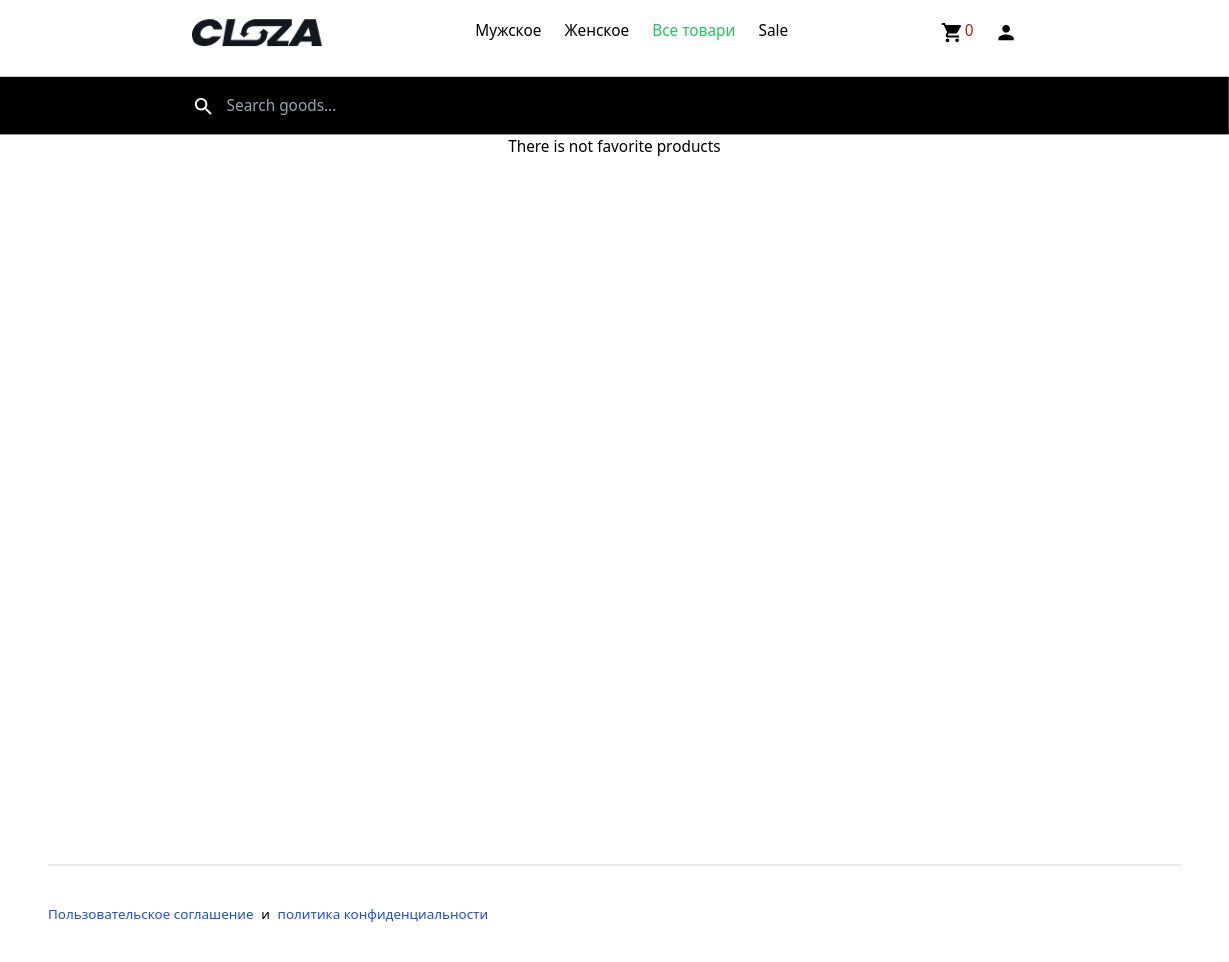
Repository: Ivan-Dovgoniuk/clothes-shop-front-end
Page: /favorite
An editor plug-in stored every save of this project. The page is shown before and after the next save, followed by the edit.
The browser window is 1280 px wide. The pictures show the whole page, at 96% of full size.
The page's requests for data from a server got no answer. The project was rebuilt for these pictures with package versions that can differ from the ones it lists, and the page was loaded fresh each time. No one was signed in, and anything a server would have sent is missing. Also part of the build but not shown: src/hooks/checkProductStatus.hook.ts, src/hooks/productStatusEditor.hook.ts, src/Components/ProductItem/ProductItem.tsx, src/Pages/ProductPage/components/Products/Products.tsx, src/Pages/CategoriesPage/components/ResetButton/ResetButton.tsx, src/Pages/CategoriesPage/components/SideBarFilters/Filters/CategoryFilter.tsx, src/Pages/CategoriesPage/components/SideBarFilters/Filters/ColorFilter.tsx, src/Pages/CategoriesPage/components/SideBarFilters/Filters/PriceFilter.tsx and 23 more.

Above is the page before, as saved 2023-01-18 21:49:25.

### src/App.tsx
import Footer from './Components/Footer/Footer';
import Header from './Components/Header/Header';
import Categories from './Pages/CategoriesPage/Categories';
import Home from './Pages/HomePage/Home';
import ProductPage from './Pages/ProductPage/ProductPage';
import Cart from './Pages/CartPage/Cart'

import { Routes, Route } from 'react-router-dom';
import AddProductPage from './Pages/AddProductPage/AddProductPage';
import { useEffect} from 'react';
import { useDispatch, useSelector } from 'react-redux';
import { AppDispatch, RootState } from './store';
import { getUser } from './slices/userSlice';
import { useAddFullCartMutation} from './api/userApi';
import { AuthController } from './HOC/AuthController';
import FavoriteProducts from './Pages/FavoriteProductsPage/FavoriteProducts';



function App() {

    const auth = useSelector((state:RootState)=>state.user.auth)
    const dispatch = useDispatch<AppDispatch>();
    const cart = useSelector((state:RootState)=>state.user.cart)

    const [addFullCart] = useAddFullCartMutation()


    useEffect(()=>{
      if(auth){
        dispatch(getUser())
        if(cart.length !==0){
          addFullCart({products_id:cart})
        }
      }
    },[auth])

  return (
    <>
      <Header/>
      <Routes>
        <Route path='/' element={<Home/>}/>
        <Route path='/categories' element={<Categories/>}/>
        <Route path='/product/:id' element={<ProductPage/>}/>
        <Route path='/cart' element={

                  <AuthController>
                      <Cart/>
                  </AuthController>
        }/>
        <Route path='/addproduct' element={<AddProductPage/>}/>
        <Route path='/favorite' element={<FavoriteProducts/>}/>
      </Routes>
      <Footer/>
    </>

  );
}

export default App;

### src/store/index.ts
import { configureStore } from '@reduxjs/toolkit';
import  products  from '../slices/productsSlice';
import  user  from '../slices/userSlice';
import { productsApi } from '../api/productsApi';
import { userApi } from '../api/userApi';

export type RootState = ReturnType<typeof store.getState>
export type AppDispatch = typeof store.dispatch

const store = configureStore({
    reducer: {products,user,[productsApi.reducerPath]: productsApi.reducer,[userApi.reducerPath]: userApi.reducer},
    middleware: getDefaultMiddleware => getDefaultMiddleware().concat(productsApi.middleware).concat(userApi.middleware),
})
export default store;

### src/Components/Footer/Footer.tsx
import React from 'react'
import { Link } from 'react-router-dom'

export default function Footer() {
  return (
    <div className='container'>
        <p className='mt-10 border-t-2 pt-10 text-xs sm:text-sm mb-10'>
            <span className='mr-2  text-blue-700'>
                <Link to="">
                    Пользовательское соглашение
                </Link>
            </span>
            <span>
                и
                <Link to="" className='ml-2 text-blue-700' >
                  политика конфиденциальности
                </Link>
            </span>
        </p>
    </div>
  )
}

### src/api/userApi.tsx
import { createApi, fetchBaseQuery } from '@reduxjs/toolkit/query/react'

export const userApi = createApi({
  reducerPath: 'userApi',
  baseQuery: fetchBaseQuery({ baseUrl: 'http://localhost:5000/' }),
  endpoints: (builder) => ({
    sendToCart: builder.mutation({
      query: (body) => ({
        url: '/addToCart',
        method: 'POST',
        body,
        headers:{
          'Content-Type':'application/json',
          "Authorization":`Bearer ${localStorage.getItem('token')}`
        },
      }),
  }),
  deleteFromCart: builder.mutation({
    query: (body) => ({
      url: '/removeFromCart',
      method: 'POST',
      body,
      headers:{
        'Content-Type':'application/json',
        "Authorization":`Bearer ${localStorage.getItem('token')}`
      },
    }),
  }),
  removeFullCart: builder.mutation({
    query: (body) => ({
      url: '/removeFullCart',
      method: 'POST',
      body,
      headers:{
        'Content-Type':'application/json',
        "Authorization":`Bearer ${localStorage.getItem('token')}`
      },
    }),
  }),
  addFullCart: builder.mutation({
    query: (body) => ({
      url: '/addFullCart',
      method: 'POST',
      body,
      headers:{
        'Content-Type':'application/json',
        "Authorization":`Bearer ${localStorage.getItem('token')}`
      },
    }),
  }),
  addToFavoriteProducts: builder.mutation({
    query: (body) => ({
      url: '/addFavoriteProduct',
      method: 'POST',
      body,
      headers:{
        'Content-Type':'application/json',
        "Authorization":`Bearer ${localStorage.getItem('token')}`
      },
    }),
  }),
  deleteFromFavoriteProducts: builder.mutation({
    query: (body) => ({
      url: '/removeFromFavorite',
      method: 'POST',
      body,
      headers:{
        'Content-Type':'application/json',
        "Authorization":`Bearer ${localStorage.getItem('token')}`
      },
    }),
  }),
  getFavorite: builder.query<any,{products_id:string[]}>({
    query: (arg) => ({
      url:`/getFavorite?products_id=${arg.products_id}`,
      headers:{
        'Content-Type':'application/json',
        "Authorization":`Bearer ${localStorage.getItem('token')}`
      }
    })
  })
})
})
export const {
  useSendToCartMutation,
  useDeleteFromCartMutation,
  useAddFullCartMutation,
  useRemoveFullCartMutation,
  useAddToFavoriteProductsMutation,
  useDeleteFromFavoriteProductsMutation,
  useGetFavoriteQuery
} = userApi;

### src/Pages/FavoriteProductsPage/FavoriteProducts.tsx
import { useGetFavoriteQuery } from '../../api/userApi'
import { ProductItem , IProduct } from '../../Components/ProductItem/ProductItem'
import { useUserSelector } from '../../hooks/userSelector.hook'

export default function FavoriteProducts() {

  const {favoriteProducts} = useUserSelector()

  const {data=[],isLoading} = useGetFavoriteQuery({products_id:favoriteProducts})

  if(!data.length) return <p className='min-h-screen my-0 mx-auto w-full flex justify-center text-center'>There is not favorite products</p>

  return (
    <div className='container mt-10 min-h-screen'>
        <div className='flex flex-col items-center sm:grid sm:grid-cols-3 sm:gap-6 lg:px-[150px] xl:grid-cols-5 mt-10'>
          { data.map((
                product:IProduct)=>{
                  return(
                      <ProductItem
                        name={product.name}
                        _id={product._id}
                        thumbnail={product.thumbnail}
                        price={product.price}
                        color={product.color}
                        short_description={product.short_description}
                        full_description={product.full_description}
                        size={product.size}
                        category={product.category}
                        gender={product.gender}
                        sale={product.sale}
                        new_price={product.new_price}
                        isNewProduct={product.isNewProduct}
                        isLoading={isLoading}
                        key={product._id}/>
                  )
                })
          }
        </div>
    </div>
  )
}

### src/slices/productsSlice.ts

import {createSlice} from "@reduxjs/toolkit";

type InitialState ={
    gender:string,
    sale:boolean
    searchField:string,
    category:string
}

 const initialState:InitialState = {
    gender:'',
    sale:false,
    searchField:'',
    category:''
}

const productsSlice = createSlice({
    name: 'products',
    initialState,
    reducers: {
        selectGender:(state,action:{payload:string})=>{
            state.gender = action.payload;
       },
       selectSale:(state,action:{payload:boolean})=>{
        state.sale = action.payload;
       },
       setSearchFieldGlobalState:(state,action:{payload:string})=>{
        state.searchField = action.payload;
       },
       setCategoryGlobalState:(state,action:{payload:string})=>{
        state.category = action.payload;
       },

    }
});

const {actions,reducer} = productsSlice;

export default reducer;
export const {
selectGender,
selectSale,
setSearchFieldGlobalState,
setCategoryGlobalState
 } = actions;

### src/api/productsApi.tsx
import { createApi, fetchBaseQuery } from '@reduxjs/toolkit/query/react'

export const productsApi = createApi({
  reducerPath: 'productsApi',
  baseQuery: fetchBaseQuery({ baseUrl: 'http://localhost:5000/' }),
  endpoints: (builder) => ({
    getProducts: builder.query<any,{limit?:Number,page?:Number,gender?:String,size?:String[],color?:String,categoryQuery?:string,price?:Number[],isNewProduct?:Boolean,sale?:Boolean,searchField?:string}>({
      query: (arg) => `getProducts?limit=${arg.limit}&page=${arg.page}&gender=${arg.gender}&size=${arg.size}&color=${arg.color}&category=${arg.categoryQuery}&price=${arg.price}&isNewProduct=${arg.isNewProduct}&sale=${arg.sale}&searchField=${arg.searchField}`
    }),
    getProduct: builder.query({
      query: (id) => `getProduct/${id}`
    }),
    getProductBySearchField: builder.query<any,{searchField:string}>({
      query: (arg) => `getProductBySearchField?searchField=${arg.searchField}`
    }),
    addProduct: builder.mutation({
      query: (body) => ({
        url: '/addProduct',
        method: 'POST',
        body,
        headers: {
        },
      }),
  }),
})
})
export const {
  useGetProductsQuery,
  useAddProductMutation,
  useGetProductQuery,
  useGetProductBySearchFieldQuery
} = productsApi;

### src/Components/UserAccountMenu/UserAccounMenu.tsx
import React from 'react';
import { useDispatch } from 'react-redux';
import {Link} from 'react-router-dom'

import { logOut } from '../../slices/userSlice';

import Button from '@mui/material/Button';
import Menu from '@mui/material/Menu';
import MenuItem from '@mui/material/MenuItem';
import PersonIcon from '@mui/icons-material/Person';

export default function UserAccountMenu() {

  const dispatch = useDispatch()

  const [anchorEl, setAnchorEl] = React.useState<null | HTMLElement>(null);
  const open = Boolean(anchorEl);

  const handleClick = (event: React.MouseEvent<HTMLButtonElement>) => {
    setAnchorEl(event.currentTarget);
  };
  const handleClose = () => {
    setAnchorEl(null);
  };

  const onLogOut =()=> {
    dispatch(logOut())
  }

  return (
    <div>
      <Button
        id="basic-button"
        style={{padding:0}}
        aria-controls={open ? 'basic-menu' : undefined}
        aria-haspopup="true"
        aria-expanded={open ? 'true' : undefined}
        onClick={handleClick}
      >
        <PersonIcon sx={{ color: "black" }}/>
      </Button>
      <Menu
        id="basic-menu"
        anchorEl={anchorEl}
        open={open}
        onClose={handleClose}
        MenuListProps={{
          'aria-labelledby': 'basic-button',
        }}
      >
        <MenuItem onClick={handleClose}>My orders</MenuItem>
        <MenuItem onClick={handleClose}><Link to="/addproduct">Add product</Link></MenuItem>
        <MenuItem onClick={handleClose}><Link to="/favorite">My favorite products</Link></MenuItem>
        <MenuItem onClick={()=>{handleClose();onLogOut()}}>Logout</MenuItem>
      </Menu>
    </div>
  );
}

### src/Components/BurgerMenu/BurgerMenu.tsx
import { Toolbar } from '@mui/material'
import IconButton from '@mui/material/IconButton';
import MenuIcon from '@mui/icons-material/Menu';
import Menu from '@mui/material/Menu';
import MenuItem from '@mui/material/MenuItem';
import React, { useState } from 'react'
import { useDispatch, useSelector } from 'react-redux';
import { RootState } from '../../store';
import { Link } from 'react-router-dom';
import { useHeaderFilters } from '../../hooks/headerFilters.hook';

export default function BurgerMenu() {


const [anchorEl, setAnchorEl] = React.useState<null | HTMLElement>(null);
  const open = Boolean(anchorEl);
  const handleClick = (event: React.MouseEvent<HTMLButtonElement>) => {
    setAnchorEl(event.currentTarget);
  };
  const handleClose = () => {
    setAnchorEl(null);
  };

    const sale = useSelector((state:RootState) => state.products.sale)

    const {onSale,onGender,onAllProducts}=useHeaderFilters(sale)

  return (
    <>
        <Toolbar sx={{padding:'0',maxWidth:'50px',width:100,display:"flex",justifyContent:"center",alignItems:'center',minHeight:0}}>
            <IconButton
                size="large"
                edge="start"
                color="inherit"
                aria-label="menu"
                sx={{ mr: 2,p:0 }}
                onClick={handleClick}
            >
                <MenuIcon />
            </IconButton>
        </Toolbar>
        <Menu
            id="basic-menu"
            anchorEl={anchorEl}
            open={open}
            onClose={handleClose}
            MenuListProps={{
            'aria-labelledby': 'basic-button',
            }}
        >
            <MenuItem onClick={handleClose}>

                        <Link to="/categories" onClick={(e)=>onGender(e.currentTarget.innerText)}>
                            Мужское
                        </Link>

            </MenuItem>
            <MenuItem onClick={handleClose}>

                        <Link to="/categories" onClick={(e)=>onGender(e.currentTarget.innerText)}>
                            Женское
                        </Link>

            </MenuItem>
            <MenuItem onClick={handleClose}>

                        <Link to="/categories" onClick={onAllProducts}>
                            Все товари
                        </Link>

            </MenuItem>
            <MenuItem onClick={handleClose}>

                        <Link to='/categories' className='text-red-700' onClick={onSale}>
                            Sale
                        </Link>

            </MenuItem>
        </Menu>
    </>



  )
}

### src/hooks/productsSelector.hook.ts
import { useSelector } from "react-redux"
import { RootState } from "../store"


export const useProductsSelector = ()=>{
    return useSelector((state:RootState)=>state.products)

}

### src/hooks/userSelector.hook.ts
import { useSelector } from "react-redux"
import { RootState } from "../store"


export const useUserSelector = ()=>{
    return useSelector((state:RootState)=>state.user)

}

### src/hooks/headerFilters.hook.ts
import { useDispatch } from "react-redux"
import { selectGender, selectSale } from "../slices/productsSlice"

export const useHeaderFilters=(sale:boolean)=>{

    const dispatch = useDispatch()

    const onGender = (gender:string)=>{
        console.log(gender)
        if(gender == 'Мужское')
        dispatch(selectGender('male'))
        else
        dispatch(selectGender('female'))
    }
    const onSale = ()=>{
        dispatch(selectSale(!sale))
    }
    const onAllProducts =()=>{
        dispatch(selectGender(''))
    }

    return {onGender,onSale,onAllProducts}
}

### src/hooks/http.hook.ts
const clientURL = process.env.NODE_ENV === 'development' ? process.env.REACT_APP_DEV_CLIENT_URL : process.env.REACT_APP_PRO_CLIENT__URL

export const useHttp = () => {

    const request = async (url:string, method = 'GET', body:BodyInit | null | undefined = null, headers:HeadersInit = {'Content-Type': 'application/json'}) => {

        try {
            const response = await fetch(url, {method, body, headers});
            if (!response.ok) {
                const error = await response.json();
                alert(error.message)
                if(error.redirect){
                    window.location.assign(`${clientURL}/login`);
                    localStorage.removeItem('token')
                }
            }
            const data = await response.json();
            return data;
        } catch(e) {
            throw e;
        }
    };

    return {request}
}

Loaded but not shown: public/index.html (common file); src/index.tsx (common file); src/index.css (common file); tailwind.config.js (21 lines, source omitted); src/Components/RegistrationForm/RegistrationForm.tsx (120 lines, source omitted); src/slices/userSlice.ts (136 lines, source omitted); src/Components/Header/Header.tsx (90 lines, source omitted); src/Components/LoginForm/LoginForm.tsx (91 lines, source omitted); src/Components/Search/Search.tsx (80 lines, source omitted)

After the next save:
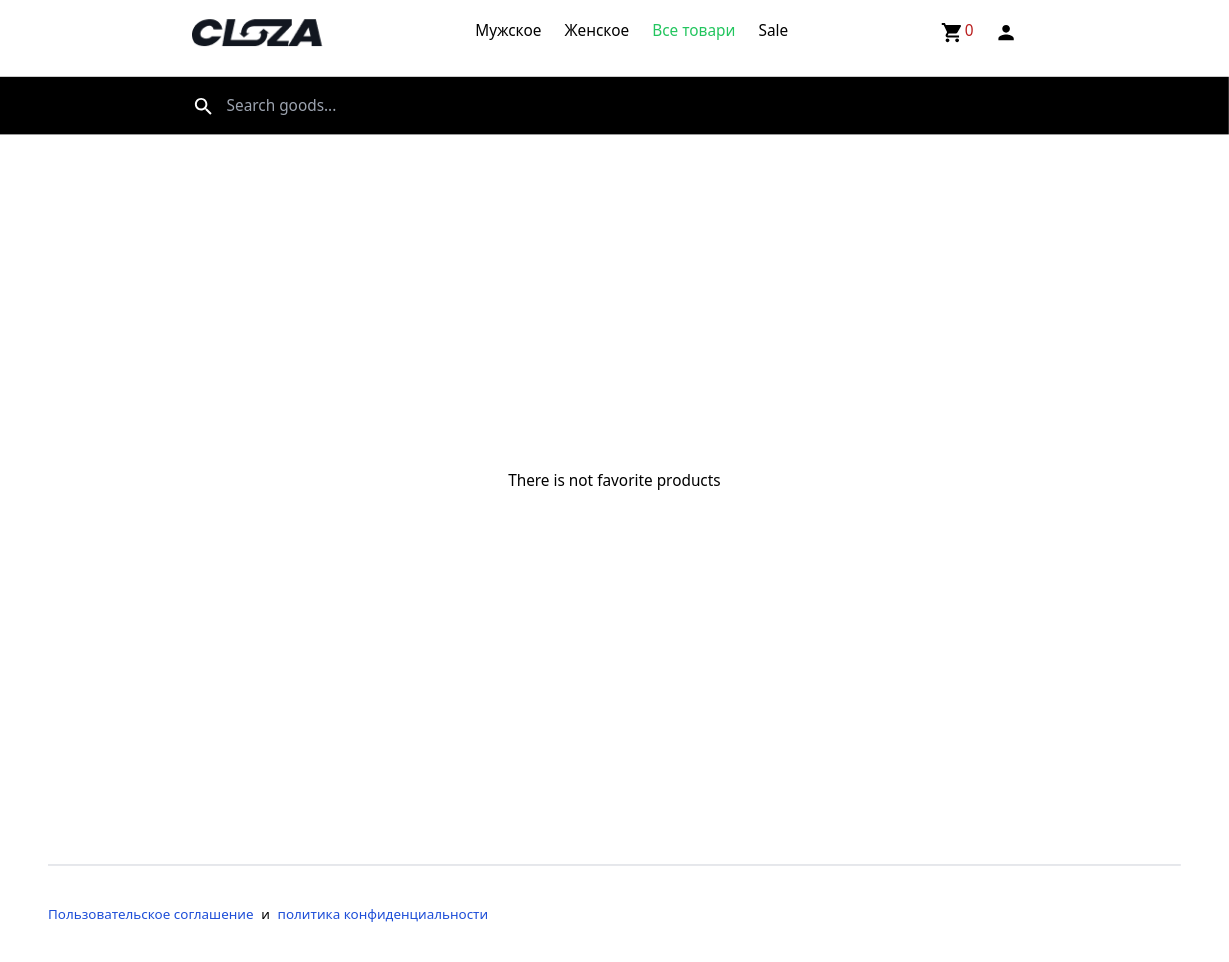
Saved 10 s later.
--- a/src/Pages/FavoriteProductsPage/FavoriteProducts.tsx
+++ b/src/Pages/FavoriteProductsPage/FavoriteProducts.tsx
@@ -8,7 +8,7 @@
 
   const {data=[],isLoading} = useGetFavoriteQuery({products_id:favoriteProducts})
 
-  if(!data.length) return <p className='min-h-screen my-0 mx-auto w-full flex justify-center text-center'>There is not favorite products</p>
+  if(!data.length) return <p className='min-h-screen my-0 mx-auto w-full flex justify-center items-center'>There is not favorite products</p>
 
   return (
     <div className='container mt-10 min-h-screen'>

After the save that followed:
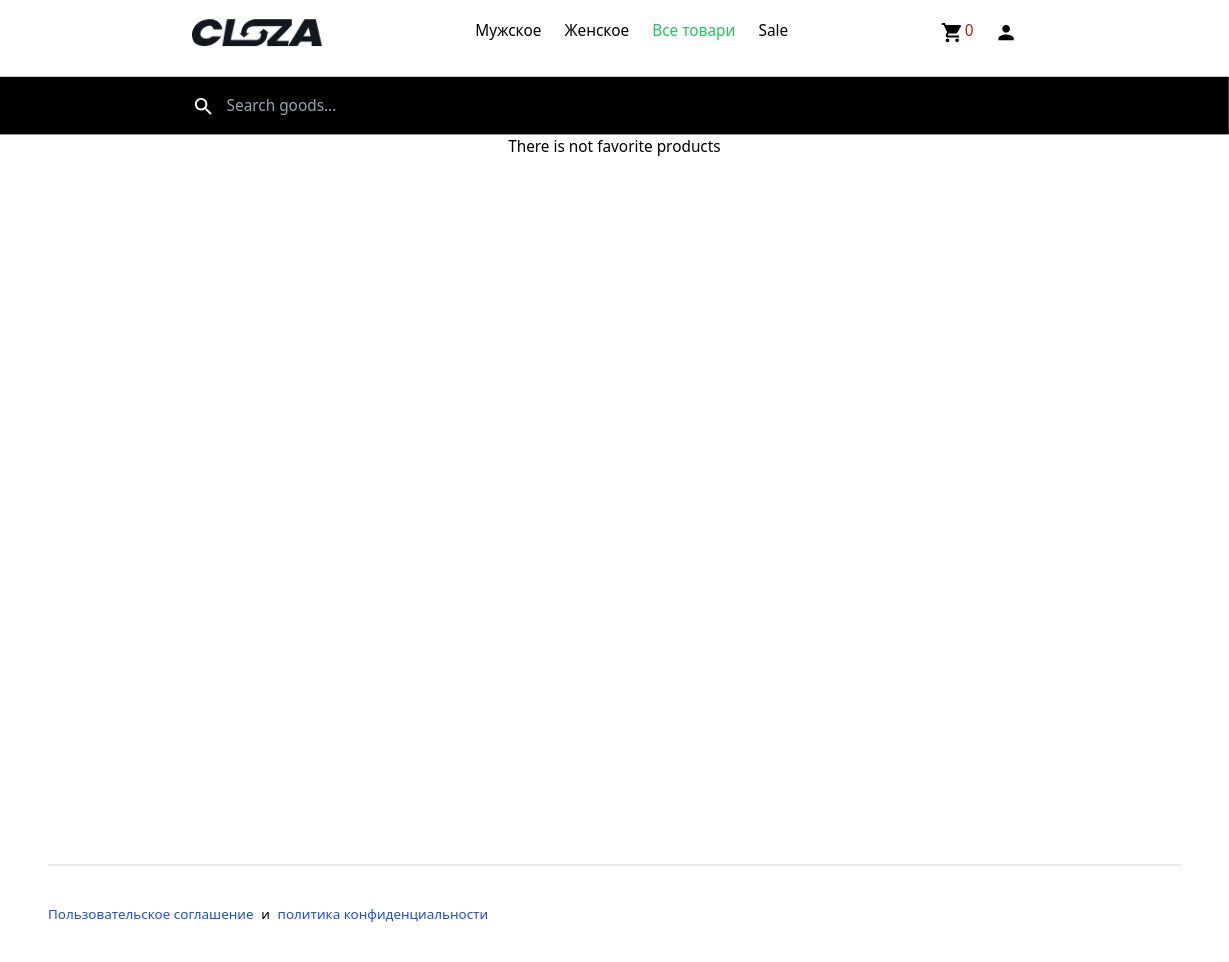
Saved 23 s later.
--- a/src/Pages/FavoriteProductsPage/FavoriteProducts.tsx
+++ b/src/Pages/FavoriteProductsPage/FavoriteProducts.tsx
@@ -8,7 +8,7 @@
 
   const {data=[],isLoading} = useGetFavoriteQuery({products_id:favoriteProducts})
 
-  if(!data.length) return <p className='min-h-screen my-0 mx-auto w-full flex justify-center items-center'>There is not favorite products</p>
+  if(!data.length) return <p className='min-h-screen my-0 mx-auto w-full flex justify-center'>There is not favorite products</p>
 
   return (
     <div className='container mt-10 min-h-screen'>
